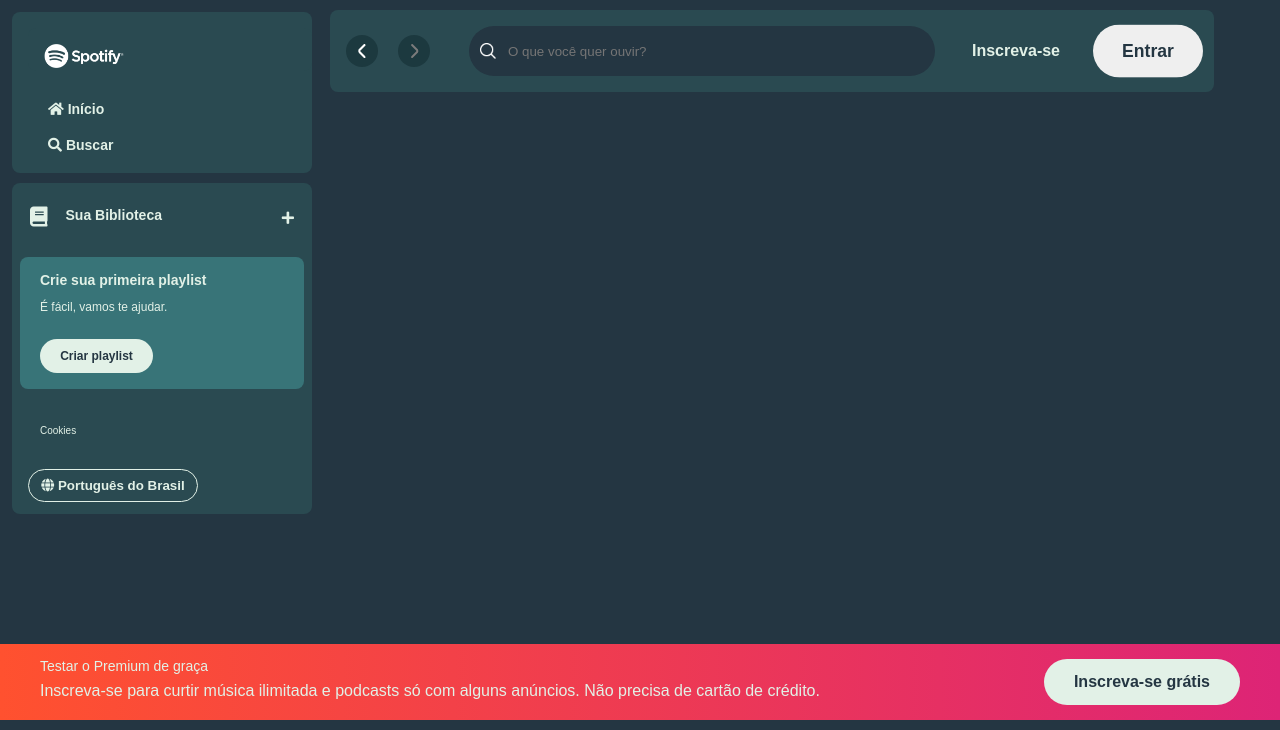
Repository: rafaazevedo-gs/Imers-o-Alura-Front-end
Page: index.html
An editor plug-in stored every save of this project. The page is shown before and after the next save, followed by the edit.
The browser window is 1280 px wide. The pictures show the whole page.

Above is the page before, as saved 2025-01-30 20:18:24.

### index.html
<!DOCTYPE html>
<html lang="pt-BR">
<head>
    <meta charset="UTF-8">
    <meta name="viewport" content="width=device-width, initial-scale=1.0">
    <title>Spotify</title>

    <link rel="stylesheet" href="./src/styles/reset.css">
    <link rel="stylesheet" href="./src/styles/vars.css">
    <link rel="stylesheet" href="./src/styles/sidebar-footer.css">
    <link rel="stylesheet" href="./src/styles/main-content.css">
    <link rel="stylesheet" href="https://use.fontawesome.com/releases/v5.15.4/css/solid.css"/>
    <link rel="stylesheet" href="https://use.fontawesome.com/releases/v5.15.4/css/fontawesome.css"/>

</head>
<body>
    <div class="sidebar">
        <nav class="sidebar__navigation">
            <div class="logo">
                <a href="">
                    <img src="./src/assets/icons/logo-spotify.png" alt="Spotify logo">
                </a>
                </div>
                    <ul>
                        <li>
                            <a href="">
                                <span class="fa fa-home"></span>
                                <span>Início</span>
                            </a>
                        </li>
                        <li>
                            <a href="">
                                <span class="fa fa-search"></span>
                                <span>Buscar</span>
                            </a>
                        </li>
                    </ul>
        </nav>
        <div class="library">
            <div class="library__content">
                <button class="library__button">
                    <span class="fa fas fa-book"></span>
                    <span>Sua Biblioteca</span>
                </button>
                <span class="fa fa-plus"></span>
        </div>

        <section class="section-playlist">
            <div class="section-playlist__content">
                <span class="text title">Crie sua primeira playlist</span>
                <span class="text subtitle">É fácil, vamos te ajudar.</span>
                <button class="section-playlist__button">
                    <span>Criar playlist</span>
                </button>
            </div>
        </section>
        <div class="cookies">
            <a href="">Cookies</a>
        </div>
        <div class="languages">
            <button class="languages__button">
                <span class="fa fa-globe"></span>
                <span>Português do Brasil</span>
            </button>
        </div>
    </div>
</div>

<main>
    <div class="main-container">
        <nav class="header__navigation">
            <div class="navigation">
                <button class="arrow-left">
                    <img src="./src/assets/icons/small-left.png" alt="Seta esquerda">
                </button>
                <button class="arrow-right">
                    <img src="./src/assets/icons/small-right.png" alt="Seta direita">
                </button>
            </div>
            <div class="header__search">
                <img src="./src/assets/icons/search.png" alt="">
                <input id="search-input" type="text" maxlength="800" placeholder="O que você quer ouvir?" />
            </div>
            <div class="header__login">
                <button class="subscribe">Inscreva-se</button>
                <button class="login">Entrar</button>
            </div>
        </nav>
    </div>
</main>

    <footer class="disclaimer-premium">
        <div class="text">
            <p class="disclaimer-premium__title">Testar o Premium de graça</p>
            <p class="disclaimer-premium__subtitle">Inscreva-se para curtir música ilimitada e podcasts só com alguns anúncios. Não precisa de cartão de crédito.</p>
        </div>
        <div class="button">
            <button type="button">Inscreva-se grátis</button>
        </div>
    </footer>

</body>
</html>

### src/styles/vars.css
:root {
/* FONT */
--font-dm-sans: 'DM Sans', sans-serif;

/*COLORS*/
--bg-icon: #2a4a51;
--bg-arrow-color: rgba(23, 50, 56, 0.7);
}

### src/styles/sidebar-footer.css
body {
    background-color: #243642;
    font-family: var(--font-dm-sans)
}

.sidebar {
    position: fixed;
    top: 0;
    left: 0;
    bottom: 0;
    padding: 12px;
    width: 300px;
}

.sidebar__navigation {
    background-color: #2a4a51;
    border-radius: 8px;
    padding: 16px 0 0 16px;
}

.sidebar__navigation .logo {
    background: #2a4a51;
    display: flex;
    border-radius: 8px;
    padding: 16px 0 0 16px;
}

.sidebar__navigation .logo img {
    width: 80px;

}

.sidebar ul li {
    padding: 10px 0;
}

.sidebar nav ul {
    margin-top: 20px;
    padding: 0 20px 10px 20px;
}

.sidebar nav ul li a {
    color: #E2F1E7;
    text-decoration: none;
    font-weight: 600;
    font-size: 14px;
}

.library {
    background-color: #2a4a51;
    border-radius: 8px;
    display: flex;
    justify-content: space-between;
    flex-direction: column;
    padding: 4px 8px;
    color: #E2F1E7;
    font-weight: 600;
    font-size: 14px;
    margin-top: 10px;
}

.library .library__content {
    display: flex;
    justify-content: space-between;
}

.library .library__button {
    display: flex;
    margin-right: 10px;
    color: #E2F1E7;
    background-color: transparent;
    border: 0px;
    font-size: 14px;
    font-weight: 700;
    text-align: center;
    text-decoration: none;
    text-transform: none;
    padding: 20px 10px;
}

.library .library__button .fa{
    font-size: 20px;
    font-weight: 300;
    color: #E2F1E7;
    margin-right: 10px;
    padding-right: 8px;
}

.library .library__content .fa-plus {
    margin: 24px 10px;
}

.section-playlist {
    display: flex;
    align-items: flex-start;
    justify-content: space-between;
    gap: 20px;
    background-color: #387478;
    border-radius: 8px;
    color: #E2F1E7;
    font-weight: 600;
    font-size: 14px;
    margin: 8px 0px;
    padding: 16px 20px;
}

.section-playlist .section-playlist__content {
    display: flex;
    flex-direction: column;
}

.section-playlist__content .text {
    padding-bottom: 14px;
    color: #E2F1E7;
}

.section-playlist__content .title {
    font-weight: 700;
}

.section-playlist__content .subtitle {
    font-weight: 500;
    font-size: 12px;
}

.section-playlist__content .section-playlist__button {
    display: flex;
    justify-content: center;
    background-color:#E2F1E7;
    color:#243642;
    border-radius: 20px;
    font-size: 12px;
    font-weight: 700;
    text-decoration: none;
    text-transform: none;
    padding: 10px;
    border: 0px;
    width: 113px;
    margin-top: 12px;
}

.sidebar .cookies {
    margin: 25px 20px;

}

.sidebar .cookies a {
    color: #E2F1E7;
    font-weight: 500;
    font-size: 10px;
    text-decoration: none;
}

.sidebar .cookies a:hover {
    text-decoration: underline;
}

.languages .languages__button {
    background-color:transparent;
    border: 1px solid #E2F1E7;
    border-radius: 20px;
    color: #E2F1E7;
    cursor: pointer;
    align-items: center;
    font-weight: bold;
    width: 170px;
    margin: 8px;
    padding: 8px;
}

.disclaimer-premium {
    position: fixed;
    bottom: 0;
    left: 0;
    right: 0;
    background:linear-gradient(to right, #ff512f, #dd2476);
    padding: 15px 40px;
    display: flex;
    justify-content: space-between;
}

.disclaimer-premium .tex {
    flex-shrink: 0;
}

.disclaimer-premium .disclaimer-premium__title {
    color: #E2F1E7;
    font-weight: 400;
    font-size: 14px;
    margin-bottom: 10px;
}

.disclaimer-premium .disclaimer-premium__subtitle {
    color: #E2F1E7;
    font-weight: 500;
    font-size: 16px;
}

.disclaimer-premium button {
    background-color: #E2F1E7;
    color:#243642;
    font-size: 16px;
    font-weight: bold;
    padding: 14px 30px;
    border: 0px;
    border-radius: 40px;
    cursor: pointer;
    flex-shrink: 0;
}

### src/styles/main-content.css
/* HEADER */

.main-container {
    max-width: 80vw;
    height: 100vh;
    margin-left: 320px;
    margin-right: 56px;
}

.header__navigation {
    display: flex;
    justify-content: space-between;
    align-items: center;
    padding: 16px;
    margin: 10px;
    border-radius: 8px;
    background-color: #2a4a51;
}

.header__navigation .navigation {
    display: flex;
    justify-content:space-around;
    align-items: center;
}

.header__navigation .navigation .arrow-left {
    margin-right: 1.25rem;
}

.arrow-left, .arrow-right {
    display: flex;
    align-items: center;
    justify-content: center;
    width: 32px;
    height: 32px;
    background: var(--bg-icon);
    background-color: var(--bg-arrow-color);
    border-radius: 50%;
    border: none;
    cursor: pointer;
}

.header__login {
    display: flex;
    align-items: center;
}

.header__search {
    display: flex;
    align-items: center;
    width: 464px;
    height: 48px;
    margin-left: 8px;
    background-color: #243642;
    border-radius: 500px;
    border: 1px solid transparent;
}

.header__search img {
    width: 16px;
    height: 16px;
    margin-left: 10px;
}

.header__search input {
    background: transparent;
    border: none;
    padding: 0px 100px 0px 12px;
    color:#E2F1E7;
    text-overflow: ellipsis;
    overflow: hidden;
    white-space: nowrap;
    outline: none;
}

.header__login .subscribe {
    color: #E2F1E7;
    font-size: 16px;
    font-weight: 700;
    background-color: transparent;
    margin-right: 32px;
    border: none;
    cursor: pointer;
}

.header__login .login {
    width: 100px;
    height: 48px;
    color: #243642;
    font-size: 16px;
    font-weight: 700;
    border-radius: 40px;
    border: none;
    cursor: pointer;
    z-index:2;
    transition-timing-function:cubic-bezier(0.175, 0.885, 0.320, 1.275);
    transition-duration:400ms;
    transform:scale(1.1,1.1) translate3d(0,0,0);
    cursor:pointer;
}

Loaded but not shown: src/styles/reset.css (common file)

After the next save:
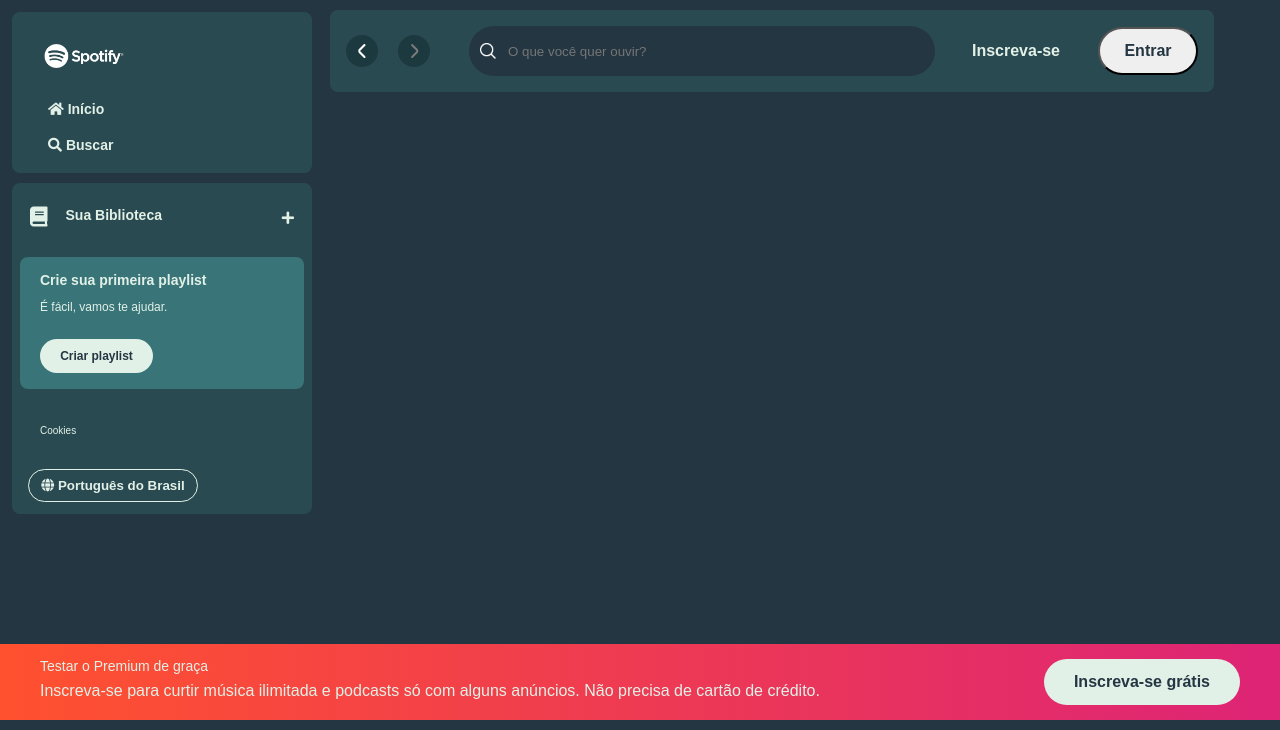
Saved 19 s later.
--- a/src/styles/main-content.css
+++ b/src/styles/main-content.css
@@ -90,11 +90,6 @@
     font-size: 16px;
     font-weight: 700;
     border-radius: 40px;
-    border: none;
     cursor: pointer;
-    z-index:2;
-    transition-timing-function:cubic-bezier(0.175, 0.885, 0.320, 1.275);
-    transition-duration:400ms;
-    transform:scale(1.1,1.1) translate3d(0,0,0);
-    cursor:pointer;
+
 }
